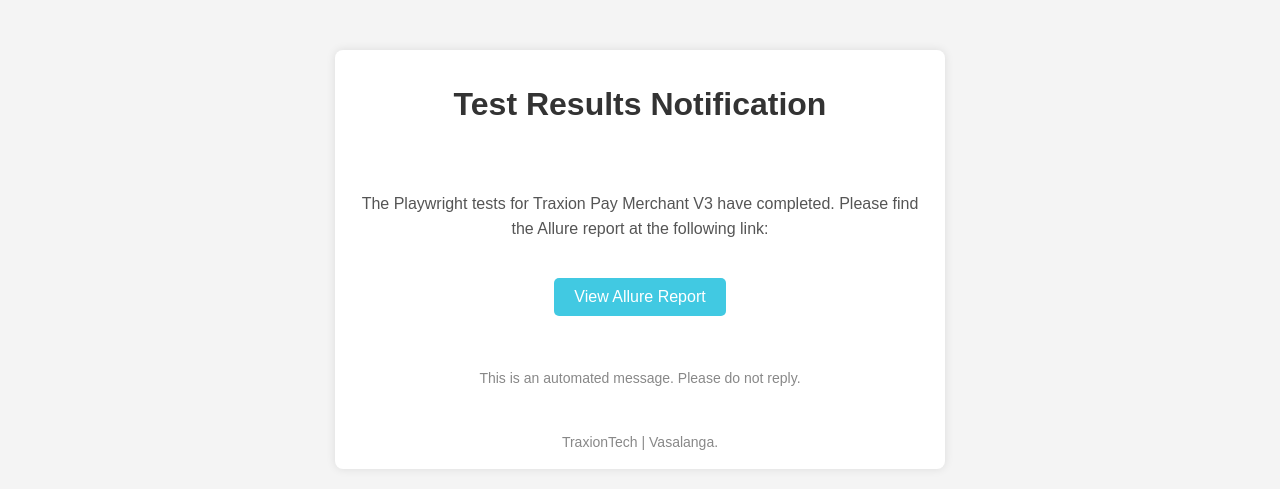
Repository: jmendozaqa24/TraxionPay-V3
Page: template.html
These files come from the project's save history. The page is drawn as it stood at one moment and after the next save; the edit follows.
The browser window is 1280 px wide. The pictures show the whole page.

Above is the page before, as saved 2025-01-31 10:47:40.

After the next save:
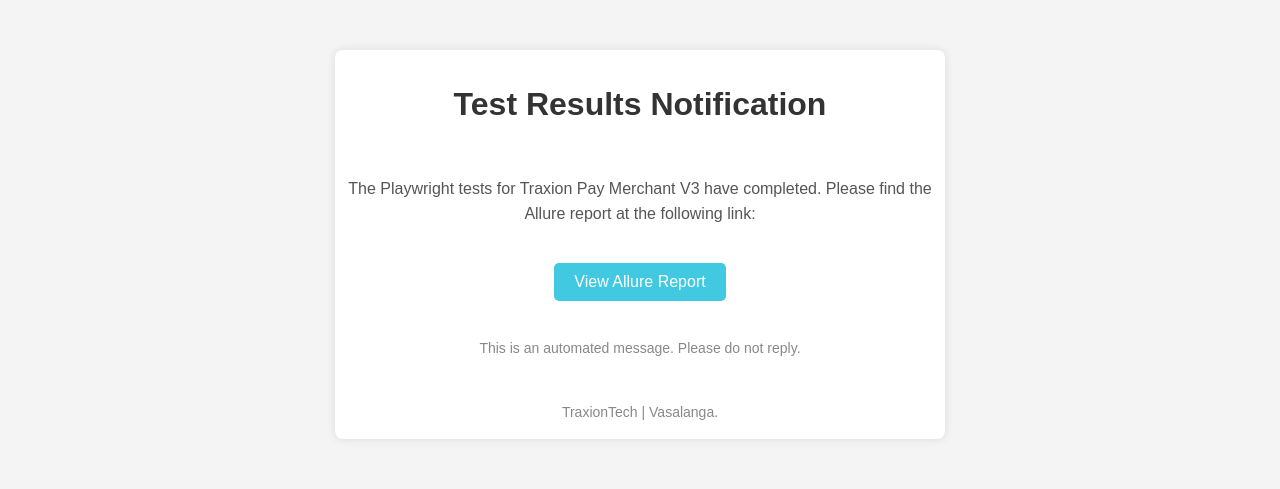
Saved 15 s later.
--- a/template.html
+++ b/template.html
@@ -10,7 +10,7 @@
                     <div style="text-align: center; padding-bottom: 0">
                         <h1 style="color: #333333; margin: 5; padding: 10px; ">Test Results Notification</h1>
                     </div>
-                    <div style="text-align: center; margin: 5; padding: 20px;">
+                    <div style="text-align: center; margin: 5; padding: 5px;">
                         <p style="color: #555555; font-size: 16px; line-height: 1.6;">
                             The Playwright tests for Traxion Pay Merchant V3 have completed. Please find the Allure report at the following link:
                         </p>
